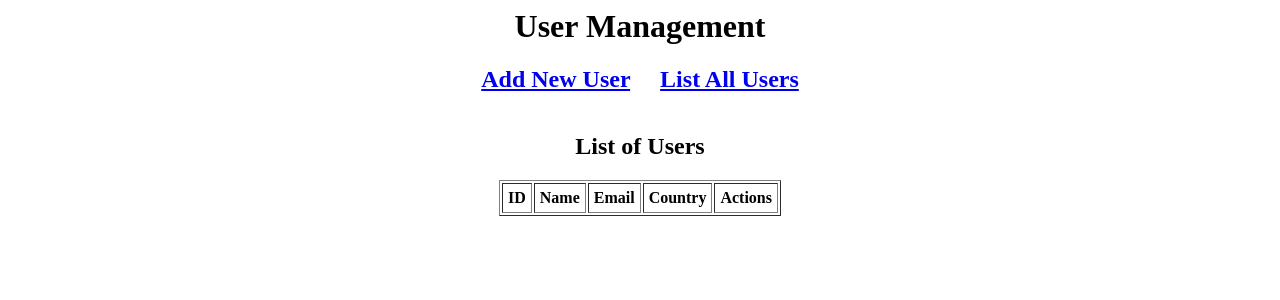
Repository: Malli120391/servlet-tutorial-master
Page: http://localhost/user-registration-example/
These files come from the project's save history. The page is drawn as it stood at one moment and after the next save; the edit follows.
The browser window is 1280 px wide. The pictures show the whole page.
The page is served by Tomcat 9. Queries for data that is not in the repository find no rows.

Above is the page before, as saved 2020-08-23 04:23:38.

After the next save:
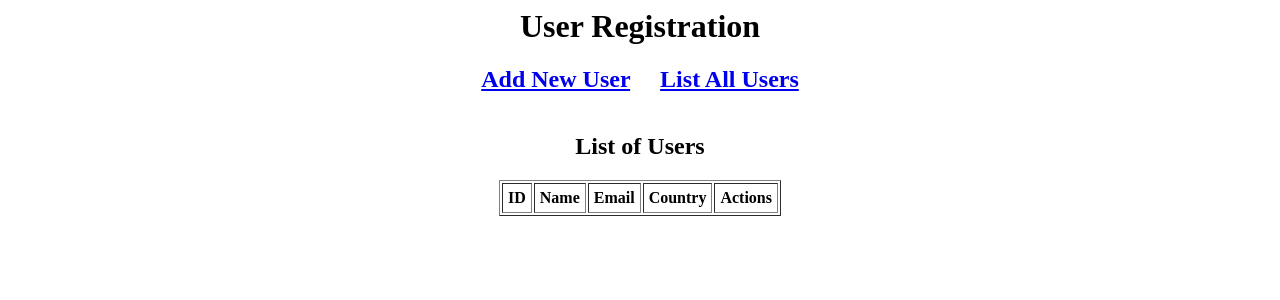
Saved 16 s later.
--- a/user-registration-example/WebContent/user-list.jsp
+++ b/user-registration-example/WebContent/user-list.jsp
@@ -7,7 +7,7 @@
 </head>
 <body>
 	<center>
-		<h1>User Management</h1>
+		<h1>User Registration</h1>
         <h2>
         	<a href="new">Add New User</a>
         	&nbsp;&nbsp;&nbsp;
